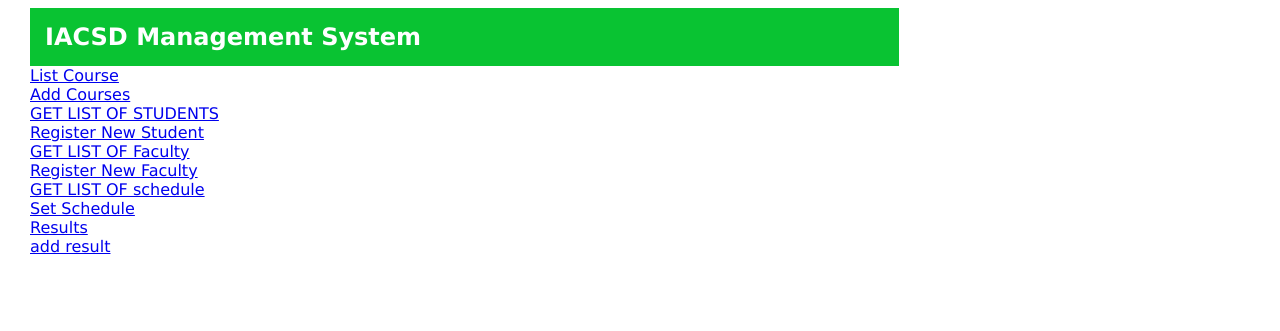
Repository: vsc8791/IMS
Page: http://localhost/web-customer-tracker/
An editor plug-in stored every save of this project. The page is shown before and after the next save, followed by the edit.
The browser window is 1280 px wide. The pictures show the whole page.
The page is served by Tomcat 9. Other server files are loaded and not shown.

Above is the page before, as saved 2018-07-28 06:44:40.

### web-customer-tracker/WebContent/index.jsp
<%@ page language="java" contentType="text/html; charset=ISO-8859-1"
    pageEncoding="ISO-8859-1"%>
<!DOCTYPE html PUBLIC "-//W3C//DTD HTML 4.01 Transitional//EN" "http://www.w3.org/TR/html4/loose.dtd">
<html>
<head>
<meta http-equiv="Content-Type" content="text/html; charset=ISO-8859-1">

	<!-- reference our style sheet -->

	<link type="text/css"
		  rel="stylesheet"
		  href="${pageContext.request.contextPath}/resources/css/style.css" />
<title>Welcome-Page</title>
</head>
<body>

<div id="wrapper">
		<div id="header">
			<h2>IACSD Management System</h2>
		</div>
	</div>
<a href="http://localhost:8082/web-customer-tracker/customer/list">List Course</a><br>
<a href="http://localhost:8082/web-customer-tracker/customer/showFormForAdd">Add Courses</a><br>
<a href="http://localhost:8082/web-customer-tracker/student/list">GET LIST OF STUDENTS</a><br>
<a href="http://localhost:8082/web-customer-tracker/student/register">Register New Student</a><br>
<a href="http://localhost:8082/web-customer-tracker/faculty/list">GET LIST OF Faculty</a><br>
<a href="http://localhost:8082/web-customer-tracker/faculty/register">Register New Faculty</a><br>
<a href="http://localhost:8082/web-customer-tracker/schedule/list">GET LIST OF schedule</a><br>
<a href="http://localhost:8082/web-customer-tracker/schedule/showFormForAdd">Set Schedule</a><br>
<a href="http://localhost:8082/web-customer-tracker/result/list">Results</a><br>
<a href="http://localhost:8082/web-customer-tracker/result/showFormForAdd">add result</a><br>


</body>
</html>

<%-- <% response.sendRedirect("customer/list"); %> --%>

### web-customer-tracker/WebContent/resources/css/style.css
html, body{
	margin-left:15px; margin-right:15px;
	padding:0px;
	font-family:Verdana, Arial, Helvetica, sans-serif;
}

table {
	border-collapse:collapse;
	border-bottom:1px solid gray;
	font-family: Tahoma,Verdana,Segoe,sans-serif;
	width:72%;
}

th {
	border-bottom:1px solid gray;
	background:none repeat scroll 0 0 #09c332;
	padding:10px;
	color: #FFFFFF;
}

tr {
	border-top:1px solid gray;
	text-align:center;
}

tr:nth-child(even) {background: #FFFFFF}
tr:nth-child(odd) {background: #BBBBBB}

#wrapper {width: 100%; margin-top: 0px; }
#header {width: 70%; background:#09c332; margin-top: 0px; padding:15px 0px 15px 15px;}
#header h2 {width: 100%; margin:auto; color: #FFFFFF;}
#container {width: 100%; margin:auto}
#container h3 {color: #000;}
#container #content {margin-top: 20px;}

.add-button {
	border: 1px solid #666;
	border-radius: 5px;
	padding: 4px;
	font-size: 12px;
	font-weight: bold;
	width: 120px;
	padding: 5px 10px;

	margin-bottom: 15px;
	background: #cccccc;
}

After the next save:
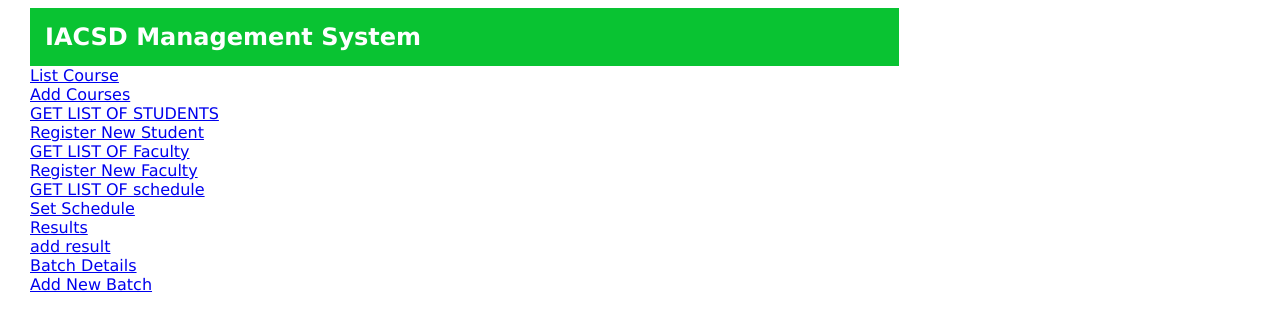
Saved 61 s later.
--- a/web-customer-tracker/WebContent/index.jsp
+++ b/web-customer-tracker/WebContent/index.jsp
@@ -29,6 +29,8 @@
 <a href="http://localhost:8082/web-customer-tracker/schedule/showFormForAdd">Set Schedule</a><br>
 <a href="http://localhost:8082/web-customer-tracker/result/list">Results</a><br>
 <a href="http://localhost:8082/web-customer-tracker/result/showFormForAdd">add result</a><br>
+<a href="http://localhost:8082/web-customer-tracker/batch/list">Batch Details</a><br>
+<a href="http://localhost:8082/web-customer-tracker/batch/showFormForAdd">Add New Batch</a><br>
 
 
 </body>
